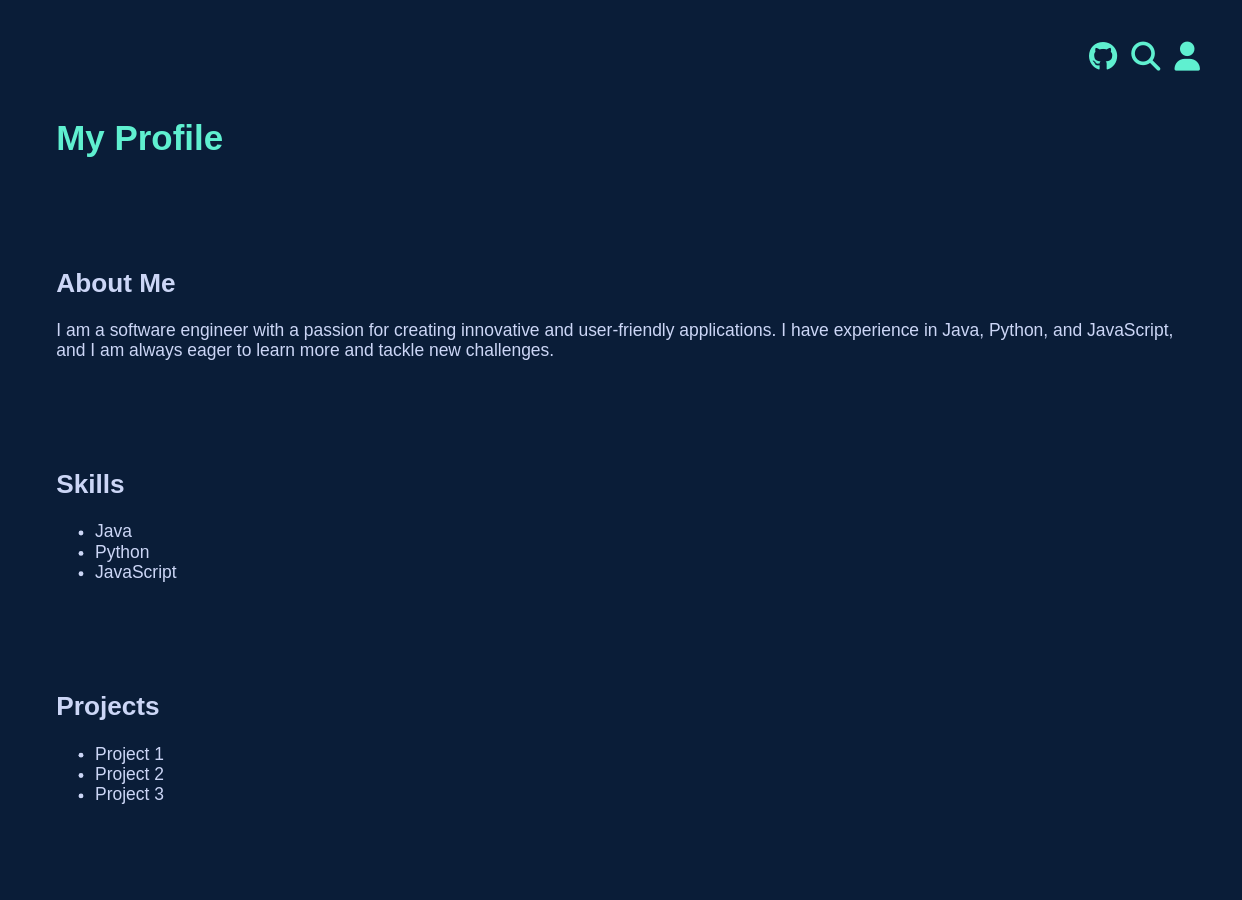
Repository: aoineco/portfolio
Page: index.html
An editor plug-in stored every save of this project. The page is shown before and after the next save, followed by the edit.
The browser window is 1280 px wide. The pictures show the whole page, at 97% of full size.
Some web libraries are served in a nearby version.

Above is the page before, as saved 2023-02-10 14:18:40.

### index.html
<!DOCTYPE html>
<html>

<head>
    <meta charset="UTF-8">
    <title>Kiyomi Masaya</title>
    <script src="https://kit.fontawesome.com/0947632a15.js" crossorigin="anonymous"></script>
    <link rel="stylesheet" type="text/css" href="style.css">
</head>

<body>
    <header>
    <nav>
        <a href="#">
            <i class="fa-brands fa-github"></i>
        </a>
        <a href="#">
            <i class="fa fa-search"></i>
        </a>
        <a href="#">
            <i class="fa fa-user"></i>
        </a>
    </nav>
</header>
    <main>
        <h1>My Profile</h1>
        <section id="about-me">
            <h2>About Me</h2>
            <p>I am a software engineer with a passion for creating innovative and user-friendly applications. I have
                experience in Java, Python, and JavaScript, and I am always eager to learn more and tackle new challenges.
            </p>
        </section>
        <section id="skills">
            <h2>Skills</h2>
            <ul>
                <li>Java</li>
                <li>Python</li>
                <li>JavaScript</li>
            </ul>
        </section>
        <section id="projects">
            <h2>Projects</h2>
            <ul>
                <li>Project 1</li>
                <li>Project 2</li>
                <li>Project 3</li>
            </ul>
        </section>
    </main>
    <script src="/Users/kiyomimasaya/portfolio/script.js"></script>
</body>

</html>

### style.css
body {
    font-family: Arial, sans-serif;
    padding: 30px;
    background-color: #0a1d38;
}

header {
    width: 100%;
    display: flex;
    justify-content: flex-end;
}

h1 {
    font-size: 36px;
    margin-bottom: 20px;
    color: #5ff0d0;
}

section {
    padding-top: 50px;
    font-size: 18px;
    margin-bottom: 20px;
    color: #ccd6f6;
}

nav a {
    color: #5ff0d0;
    text-decoration: none;
}

main {
    padding: 20px;
}

section {
    margin: 40px 0;
}

i{
    padding: 5px;
    font-size: 30px;
}

Loaded but not shown: script.js (no stored copy; drawn as an empty file)

After the next save:
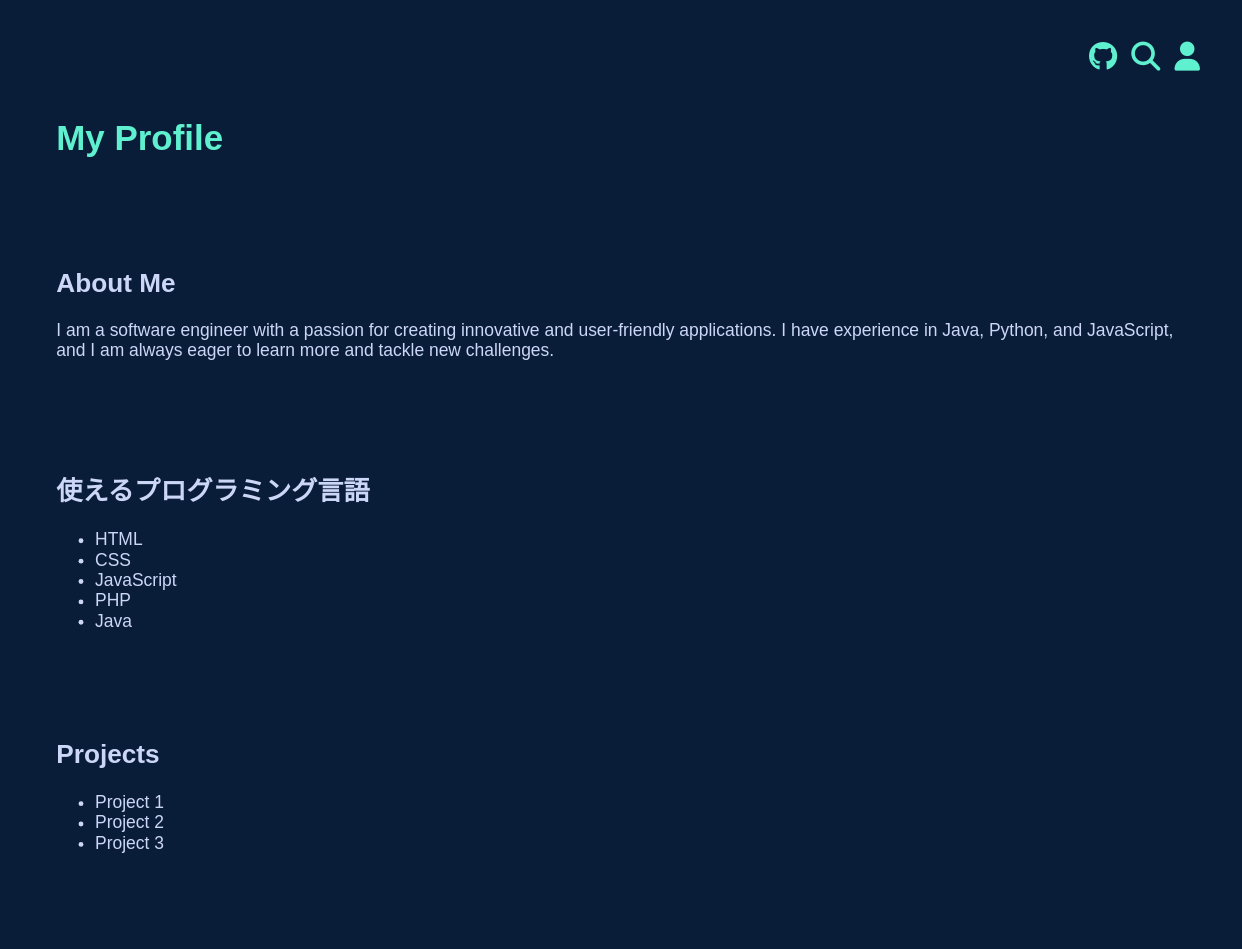
Saved 2 min 26 s later.
--- a/index.html
+++ b/index.html
@@ -31,11 +31,13 @@
             </p>
         </section>
         <section id="skills">
-            <h2>Skills</h2>
+            <h2>使えるプログラミング言語</h2>
             <ul>
+                <li>HTML</li>
+                <li>CSS</li>
+                <li>JavaScript</li>
+                <li>PHP</li>
                 <li>Java</li>
-                <li>Python</li>
-                <li>JavaScript</li>
             </ul>
         </section>
         <section id="projects">
